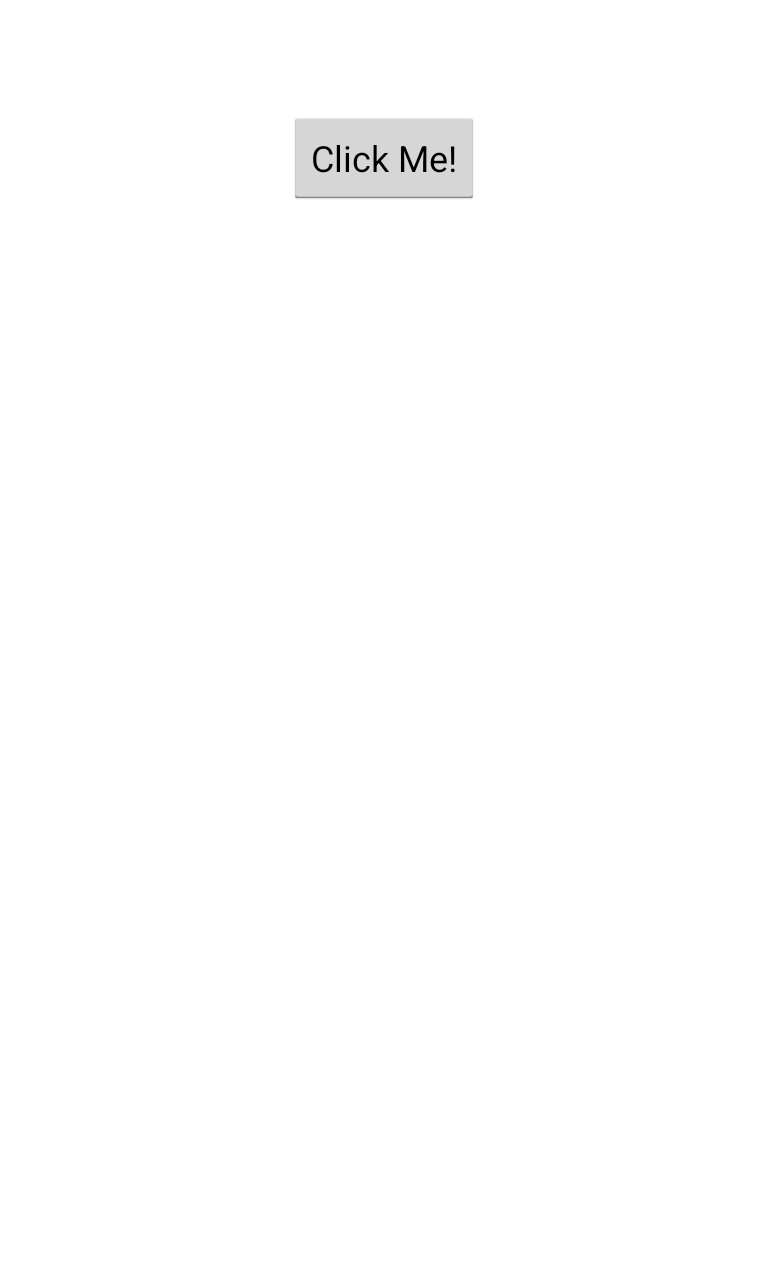
Repository: duncanbeggs/workout-warrior
Layout: gpsTest1/buttonTest1/res/layout/activity_main.xml
An editor plug-in stored every save of this project. The layout is shown before and after the next save, followed by the edit.
It is drawn on a 768 x 1280 px phone screen (xhdpi) without system bars, with theme AppTheme; the app's code is not run.

Above is the layout before, as saved 2014-05-27 07:09:14.

### gpsTest1/buttonTest1/res/layout/activity_main.xml
<RelativeLayout xmlns:android="http://schemas.android.com/apk/res/android"
    xmlns:tools="http://schemas.android.com/tools"
    android:layout_width="match_parent"
    android:layout_height="match_parent"
    android:paddingBottom="@dimen/activity_vertical_margin"
    android:paddingLeft="@dimen/activity_horizontal_margin"
    android:paddingRight="@dimen/activity_horizontal_margin"
    android:paddingTop="@dimen/activity_vertical_margin"
    tools:context=".MainActivity" >



    <Button
        android:id="@+id/button1"
        android:layout_width="wrap_content"
        android:layout_height="wrap_content"
        android:layout_below="@+id/textView1"
        android:layout_centerHorizontal="true"
        android:layout_marginTop="39dp"
        android:onClick="onButton1Click"
        android:text="Click Me!" />

</RelativeLayout>

Loaded but not shown: gpsTest1/buttonTest1/res/values/styles.xml (common file); gpsTest1/buttonTest1/res/values-v11/styles.xml (common file); gpsTest1/buttonTest1/res/values-v14/styles.xml (common file); gpsTest1/buttonTest1/res/values/dimens.xml (common file)

After the next save:
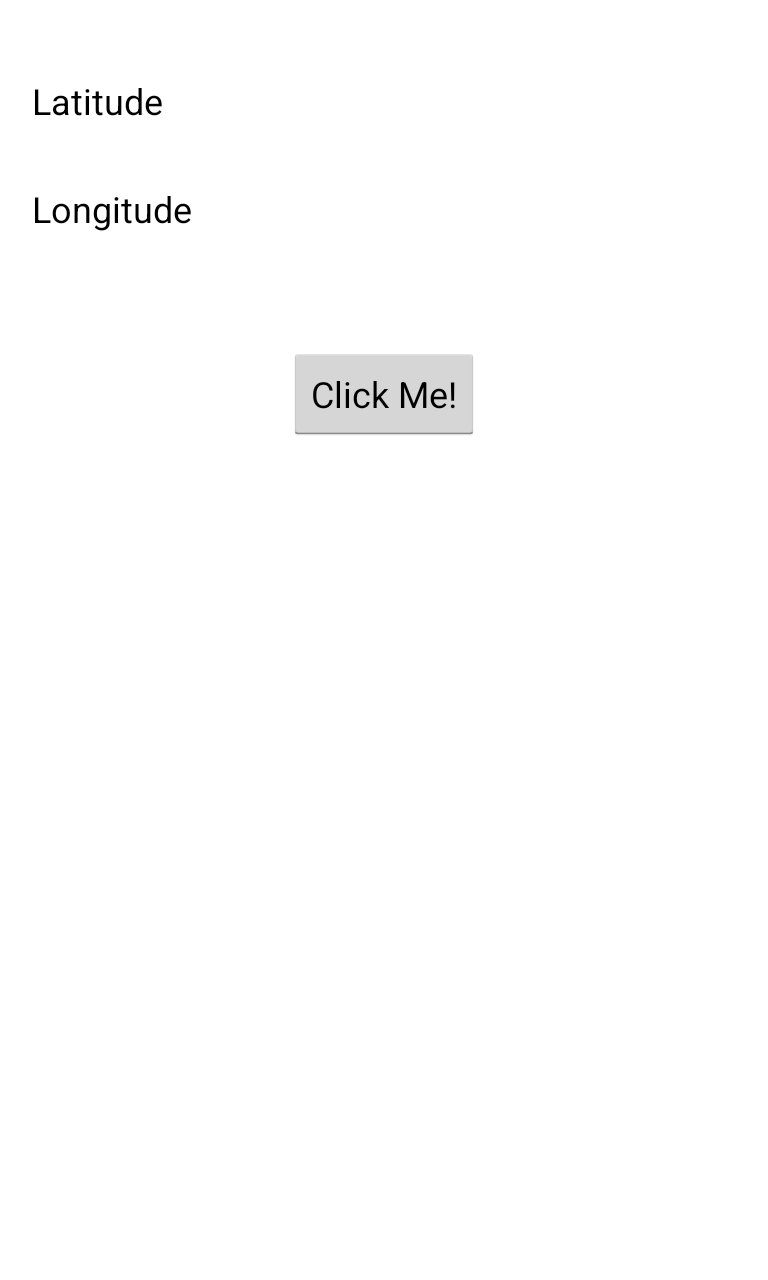
Saved 12 min 2 s later.
--- a/gpsTest1/buttonTest1/res/layout/activity_main.xml
+++ b/gpsTest1/buttonTest1/res/layout/activity_main.xml
@@ -8,16 +8,51 @@
     android:paddingTop="@dimen/activity_vertical_margin"
     tools:context=".MainActivity" >
 
-
-
     <Button
         android:id="@+id/button1"
         android:layout_width="wrap_content"
         android:layout_height="wrap_content"
-        android:layout_below="@+id/textView1"
+        android:layout_alignParentTop="true"
         android:layout_centerHorizontal="true"
-        android:layout_marginTop="39dp"
+        android:layout_marginTop="157dp"
         android:onClick="onButton1Click"
         android:text="Click Me!" />
 
+    <TextView
+        android:id="@+id/textView1"
+        android:layout_width="wrap_content"
+        android:layout_height="wrap_content"
+        android:layout_alignParentLeft="true"
+        android:layout_alignParentTop="true"
+        android:layout_marginTop="22dp"
+        android:text="Latitude"
+        android:textAppearance="?android:attr/textAppearanceMedium" />
+
+    <TextView
+        android:id="@+id/textLat"
+        android:layout_width="wrap_content"
+        android:layout_height="wrap_content"
+        android:layout_alignRight="@+id/textView1"
+        android:layout_below="@+id/textView1"
+        android:text=""
+        android:textAppearance="?android:attr/textAppearanceLarge" />
+
+    <TextView
+        android:id="@+id/textView3"
+        android:layout_width="wrap_content"
+        android:layout_height="wrap_content"
+        android:layout_alignLeft="@+id/textView1"
+        android:layout_below="@+id/textLat"
+        android:text="Longitude"
+        android:textAppearance="?android:attr/textAppearanceMedium" />
+
+    <TextView
+        android:id="@+id/textLong"
+        android:layout_width="wrap_content"
+        android:layout_height="wrap_content"
+        android:layout_alignLeft="@+id/textLat"
+        android:layout_below="@+id/textView3"
+        android:text=""
+        android:textAppearance="?android:attr/textAppearanceLarge" />
+
 </RelativeLayout>
